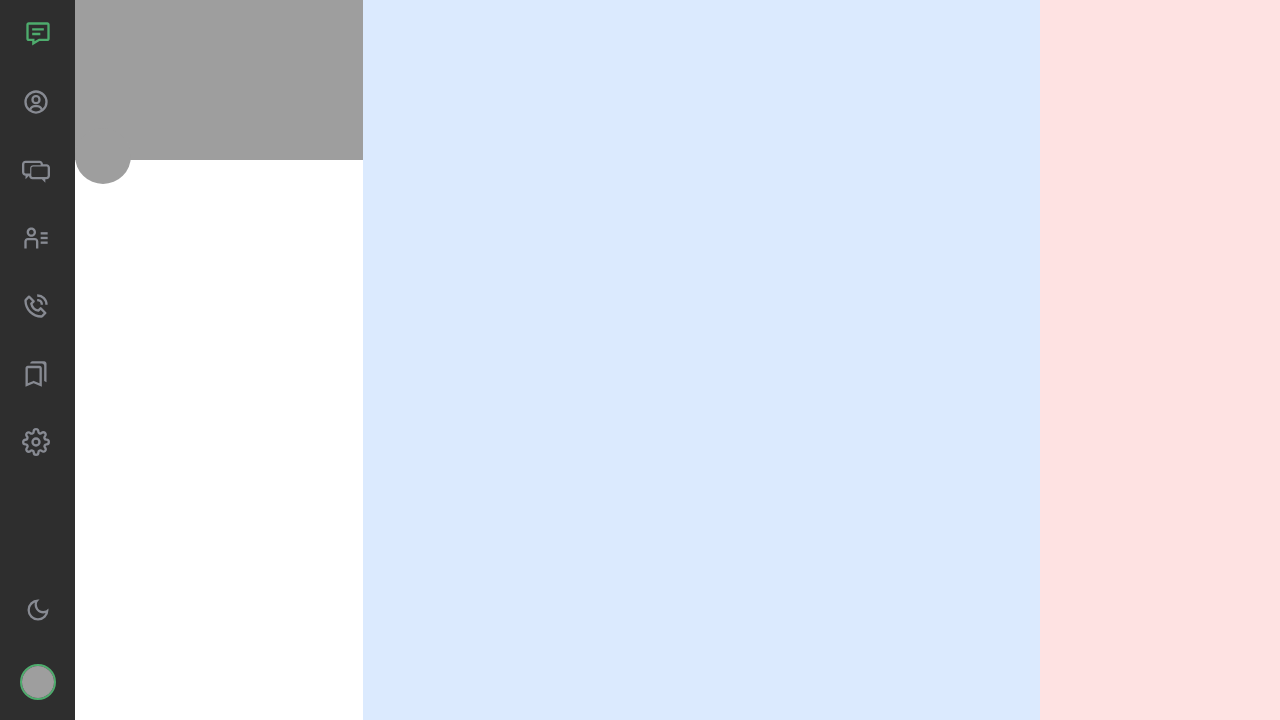
Repository: satya-ranjon/Chat-app
Page: /
An editor plug-in stored every save of this project. The page is shown before and after the next save, followed by the edit.
The browser window is 1280 px wide. The pictures show the whole page.
Pictures or frames that could not be fetched are drawn as grey boxes. The project was rebuilt for these pictures with package versions that can differ from the ones it lists, and the page was loaded fresh each time.

Above is the page before, as saved 2022-03-31 03:18:04.

### src/index.js
import * as ReactDOMClient from "react-dom/client";
import "./index.css";
import App from "./App";

const root = ReactDOMClient.createRoot(document.getElementById("root"));
root.render(<App />);

### src/App.jsx
import React from "react";
// import Chats from "./components/Chats/Chats";
import MyProfile from "./components/MyProfile/MyProfile";
import SideBarManu from "./components/SideBarManu";
import UserChat from "./components/UserChat";
import UserProfileSidebar from "./components/UserProfileSidebar";

export default function App() {
  return (
    <div className="flex">
      <SideBarManu />
      {/* <Chats /> */}
      <MyProfile />
      <UserChat />
      <UserProfileSidebar />
    </div>
  );
}

### src/components/MyProfile/MyProfile.jsx
import React from "react";
import UserImage from "../UserImage";
const Image =
  "https://img.freepik.com/free-photo/interior-wall-mockup-green-wall-wooden-cabinet-3d-rendering_41470-3959.jpg?w=996";

export default function MyProfile() {
  return (
    <div className="w-72 h-screen ">
      <div className="relative">
        <img src={Image} alt={Image} className="w-full h-40" />
        <UserImage className="w-14 h-14 rounded-full absolute  -bottom-6 right-26" />
      </div>
    </div>
  );
}

### src/components/SideBarManu.jsx
import React, { useState } from "react";
import { BiMessageDetail, BiUserCircle, BiPhoneCall } from "react-icons/bi";
import { TiMessages } from "react-icons/ti";
import { CgUserList } from "react-icons/cg";

import {
  MdOutlineBookmarks,
  MdOutlineDarkMode,
  MdOutlineLightMode,
} from "react-icons/md";
import { FiSettings } from "react-icons/fi";
import UserImage from "./UserImage";

export default function SideBarManu() {
  const [toggle, setToggle] = useState(true);
  return (
    <div className="w-[75px] h-screen bg-[#2e2e2e] flex flex-col justify-between">
      <div className="flex flex-col">
        <BiMessageDetail
          color="#4eac6d"
          className="text-center  m-5 cursor-pointer mx-auto "
          size={28}
        />
        <div
          className={` ${
            toggle ? `border-[#2e2e2e]` : `border-[#4eac6d]`
          } border-r-4 transition-all duration-200  `}
          onClick={() => setToggle((prev) => !prev)}
        >
          <BiUserCircle
            color={toggle ? `#878a92` : `#4eac6d`}
            className="text-center  m-5 cursor-pointer mx-auto   "
            size={28}
          />
        </div>
        <div className="border-r-4 border-[#2e2e2e] transition-all duration-200 ">
          <TiMessages
            color="#878a92"
            className="text-center  m-5 cursor-pointer mx-auto"
            size={28}
          />
        </div>
        <div className="border-r-4 border-[#2e2e2e] transition-all duration-200 ">
          <CgUserList
            color="#878a92"
            className="text-center  m-5 cursor-pointer mx-auto"
            size={28}
          />
        </div>
        <div className="border-r-4 border-[#2e2e2e] transition-all duration-200 ">
          <BiPhoneCall
            color="#878a92"
            className="text-center  m-5 cursor-pointer mx-auto"
            size={28}
          />
        </div>
        <div className="border-r-4 border-[#2e2e2e] transition-all duration-200 ">
          <MdOutlineBookmarks
            color="#878a92"
            className="text-center  m-5 cursor-pointer mx-auto"
            size={28}
          />
        </div>
        <div className="border-r-4 border-[#2e2e2e] transition-all duration-200 ">
          <FiSettings
            color="#878a92"
            className="text-center  m-5 cursor-pointer mx-auto"
            size={28}
          />
        </div>
      </div>
      <div className="flex flex-col">
        <MdOutlineDarkMode
          color="#878a92"
          className="text-center  m-5 cursor-pointer mx-auto"
          size={28}
        />
        {/* <MdOutlineLightMode
          color="#878a92"
          className="text-center  m-5 cursor-pointer mx-auto"
          size={28}
        /> */}
        <UserImage className="w-9 h-9 rounded-full mx-auto  m-5 border-2 border-[#4eac6d]" />
      </div>
    </div>
  );
}

### src/components/UserChat.jsx
import React from "react";

export default function UserChat() {
  return <div className="flex-grow h-screen bg-blue-100"></div>;
}

### src/components/UserProfileSidebar.jsx
import React from "react";

export default function UserProfileSidebar() {
  return <div className="w-60 h-screen bg-red-100"></div>;
}

### src/components/UserImage.jsx
import React from "react";

export default function UserImage({ className }) {
  return (
    <img
      className={className}
      src="https://media.istockphoto.com/photos/smiling-man-outdoors-in-the-city-picture-id1179420343"
      alt="profile pic"
    />
  );
}

Loaded but not shown: public/index.html (common file); src/index.css (common file); tailwind.config.js (common file)

After the next save:
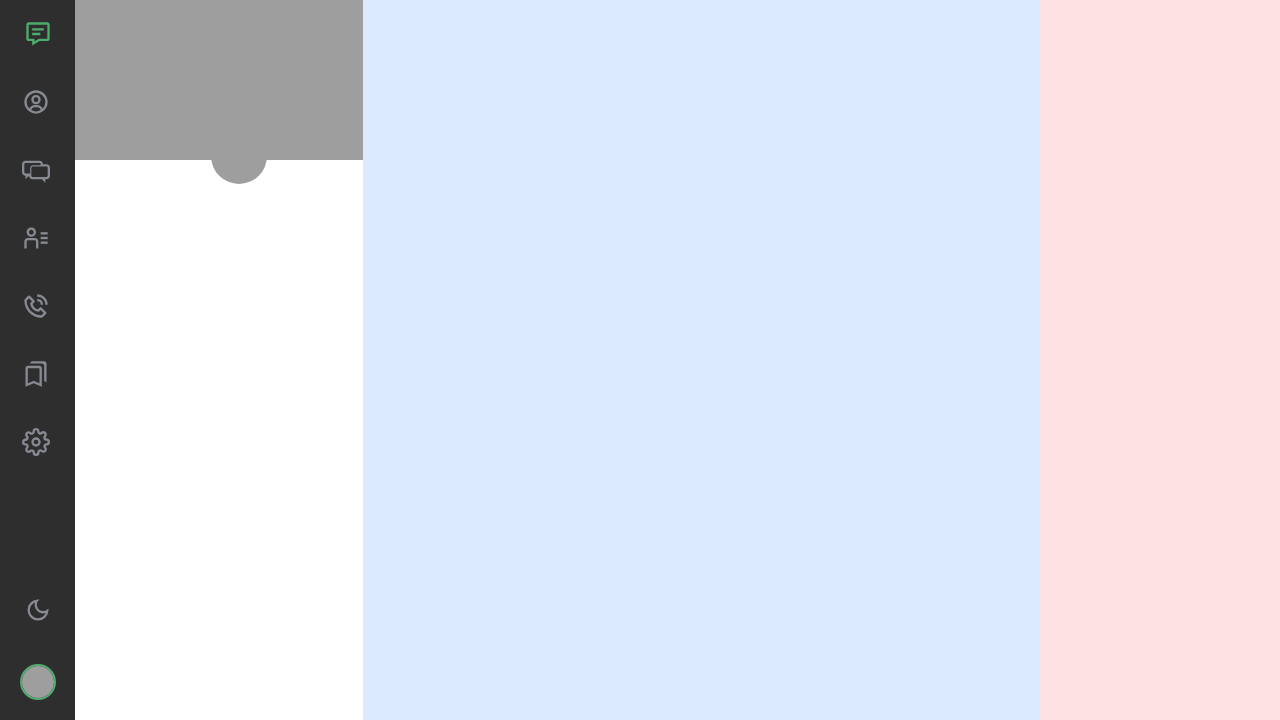
Saved 5 s later.
--- a/src/components/MyProfile/MyProfile.jsx
+++ b/src/components/MyProfile/MyProfile.jsx
@@ -8,7 +8,7 @@ export default function MyProfile() {
     <div className="w-72 h-screen ">
       <div className="relative">
         <img src={Image} alt={Image} className="w-full h-40" />
-        <UserImage className="w-14 h-14 rounded-full absolute  -bottom-6 right-26" />
+        <UserImage className="w-14 h-14 rounded-full absolute  -bottom-6 right-24" />
       </div>
     </div>
   );
